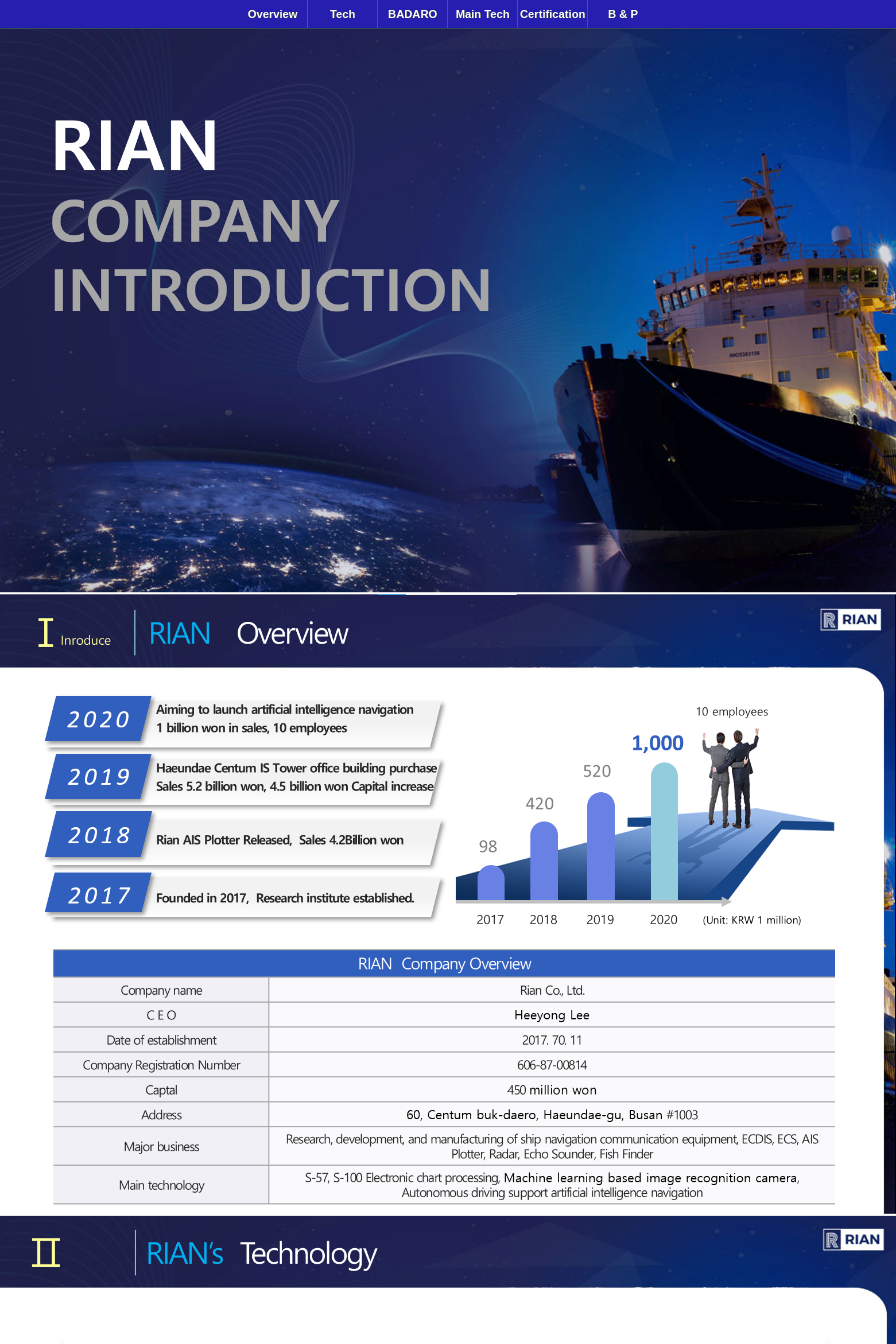
Repository: injeong-in/CompanyWeb
Page: http://localhost/RianWebSite/Rian.jsp
The author's editor kept a copy of each file at every save. The page is drawn from the files as they stood at one save, then again after the next save.
The browser window is 1280 px wide. The pictures show the part of the page from y = 0 to 1920 px (the page is 11520 px tall before and 11562 px after), at 70% of full size.
The page is served by Tomcat 9. Nobody is signed in. The application's start-up code is not run.

Above is the page before, as saved 2020-12-01 07:51:53.

### RianWebSite/WebContent/Rian.jsp
<%@ page language="java" contentType="text/html; charset=UTF-8"
    pageEncoding="UTF-8"%>
<!DOCTYPE html>
<html>

<head>
    <meta charset="UTF-8">
    <meta name="viewport" content="width=device-width, initial-scale=1.0">
    <title>Rian company</title>

    <!--스타일시트 등록-->
    <link rel="stylesheet" href="./css/style.css">

    <!--제이쿼리 등록-->
    <script src="../js/jquery-2.1.3.min.js">
    </script>
    <script src="../js/jquery.vide.min.js">
    </script>
    <script src="../js/jquery.scrollTo.min.js">
    </script>

    <!--제이쿼리 작성-->
    <script>

    $(document).ready(function(){
        $('nav a').click(function(e){
            $.scrollTo(this.hash||0, 280);
            e.preventDefault();
        });
        $('#btn_gotop').click(function(e){
            $.scrollTo(this.hash||0, 280);
            e.preventDefault();
        });
    });

    $(function () {
            var trigger = $('#trigger');
            var menu = $('nav ul');
            $(trigger).on('click', function(e) {
                e.preventDefault();
                menu.slideToggle();
            });
            $(window).resize(function () {
                var w = $(window).width();
                if(w>320 && menu.is(':hidden')) {
                    menu.removeAttr('style');
                }
            });
        });
    </script>
    <!--제이쿼리 작성 끝-->

</head>


<body>

	<div id="container">

	    <!-- 네비게이션 -->
	    <nav class="clearfix">
	        <ul class="clearfix">
	            <li onclick="location.href='../ViewPage/main.jsp'"><a href="">Overview</a></li>
	            <li onclick="location.href='../Movie/login.jsp'"><a href="">Tech</a></li>
	            <li onclick="location.href='../Movie/memberJoin.jsp'"><a href="">BADARO</a></li>
	            <li><a href="#1">Main Tech</a></li>
	            <li><a href="#2">Certification</a></li>
	            <li><a href="#3">B & P</a></li>
	        </ul>
	        <a href="" id="trigger"></a>
	    <!-- 네비게이션 끝 -->
	    </nav>

		<!--본문-->
	    <%for(int i=1; i<14; i++) { %>
	    <div id="container" class="page<%=i%>">
	    <img src="./images/<%=i%>.png" style="width: 100%;">
	    </div>
	    <% } %>
	    <!--본문 끝-->

    	<!--최상단 이동-->
	    <a href="#5" id="btn_gotop" class="btn_gotop">
	    	<img src="../images/topbutton.png" style="width:80px; display: block; margin: 240px; ">
		  	<span class="glyphicon glyphicon-chevron-up">
		  	</span>
		</a>
		<!--이동 끝-->
	</div>
</body>
</html>

### RianWebSite/WebContent/css/style.css
/* CSS리셋 */

html, body, div, span, applet, object, iframe,
h1, h2, h3, h4, h5, h6, p, blockquote, pre,
a, abbr, acronym, address, big, cite, code,
del, dfn, em, img, ins, kbd, q, s, samp,
small, strike, strong, sub, sup, tt, var,
b, u, i, center,
dl, dt, dd, ol, ul, li,
fieldset, form, label, legend,
table, caption, tbody, tfoot, thead, tr, th, td,
article, aside, canvas, details, embed,
figure, figcaption, footer, header, hgroup,
menu, nav, output, ruby, section, summary,
time, mark, audio, video {
  margin: 0;
  padding: 0;
  border: 0;
  font-size: 100%;
  font: inherit;
  vertical-align: baseline;
}
/* HTML5 display-role reset for older browsers */
article, aside, details, figcaption, figure,
footer, header, hgroup, menu, nav, section {
  display: block;
}
body {
  line-height: 1;
}
ol, ul {
  list-style: none;
}
blockquote, q {
  quotes: none;
}
blockquote:before, blockquote:after,
q:before, q:after {
  content: '';
  content: none;
}

table {
  border-collapse: collapse;
  border-spacing: 0;
}


.container div a {
    margin-left: 20px;
}

nav {
    height: 40px;
    width: 100%;
    background: rgb(37, 30, 174);
    font-size: 1em;
    font-family: Arial, sans-serif;
    font-weight: bold;
    position: fixed;
    border-bottom: 2px solid #34495e;
}

nav ul {
    padding: 0;
    margin:0 auto;
    width: 600px;
    height: 40px;
}

nav li {
    display: inline;
    float: left;

}

.clearfix:before,
.clearfix:after {
    content: " ";
    display: table;
}

.clearfix:after {
    clear: both;
}

.clearfix {
    zoom: 1;
}


nav a {
    color: #fff;
    display: inline-block;
    width: 100px;
    text-align: center;
    text-decoration: none;
    line-height: 40px;
    text-shadow: 1px 1px 0px #283744;

}

nav li a {
    border-right: 1px solid #576979;
    box-sizing: border-box;
    -moz-box-sizing: border-box;
    -webkit-box-sizing: border-box;
}

nav li:last-child a {
    border-right: 0;
}

nav a:hover, nav a:active {
    background-color: rgb(128, 128, 128);
}

nav a#trigger {
    display: none;
}

@media screen and (max-width:600px) {
    nav {
        height: auto;

    }

    nav ul {
        width: 100%;
        display: block;
        height: auto;

    }

    nav li {
        width: 50%;
        float: left;
        position: relative;
    }

    nav li a {
        border-bottom: 1px solid #576979;
        border-right: 1px solid #576979;
    }

    nav a {
        text-align: left;
        width: 100%;
        text-indent: 25px;
    }
}

@media screen and (max-width:320px) {
    nav {
        border-bottom: 0;
    }

    nav ul {
        display: none;
        height: auto;
    }

    nav li {
        display: block;
        float: none;
        width: 100%;
    }

    nav li a {
        border-bottom: 1px solid #576979;
    }


    nav a#trigger {
        display: block;
        background-color: #283744;
        width: 100%;
        position: relative;
    }

    nav a#trigger:after {
        content:"";
        background: url('nav.png') no-repeat;
        width: 30px;
        height: 30px;
        display: inline-block;
        position: absolute;
        right: 15px;
        top: 10px;
    }


}
    section {
        position:relative;
        width:100%;
        margin: 0 auto;
        padding: 20px;
        height: 400px;
    }


    .btn_gotop {
	  position: fixed;
	  right: 2%;
	  bottom: 2%;
	  width: 10%;
	  height: 10%;
	  line-height: 40px;
	  display: block;
	}

	.page1 {
		height: 100%;
		background-repeat: no-repeat;
	}
	/* .page3 {
		background-color: fuchsia;
	}
	.page4 {
		background-image: url("./images/footer.png");
		height: 40px;
	}
	.page5 {
		background-image: url("./images/footer2.png");
		background-color: white;
		height: 100px;
	} */

Loaded but not shown: RianWebSite/WebContent/js/jquery-2.1.3.min.js (library); RianWebSite/WebContent/js/jquery.vide.min.js (library); RianWebSite/WebContent/js/jquery.scrollTo.min.js (common file)

After the next save:
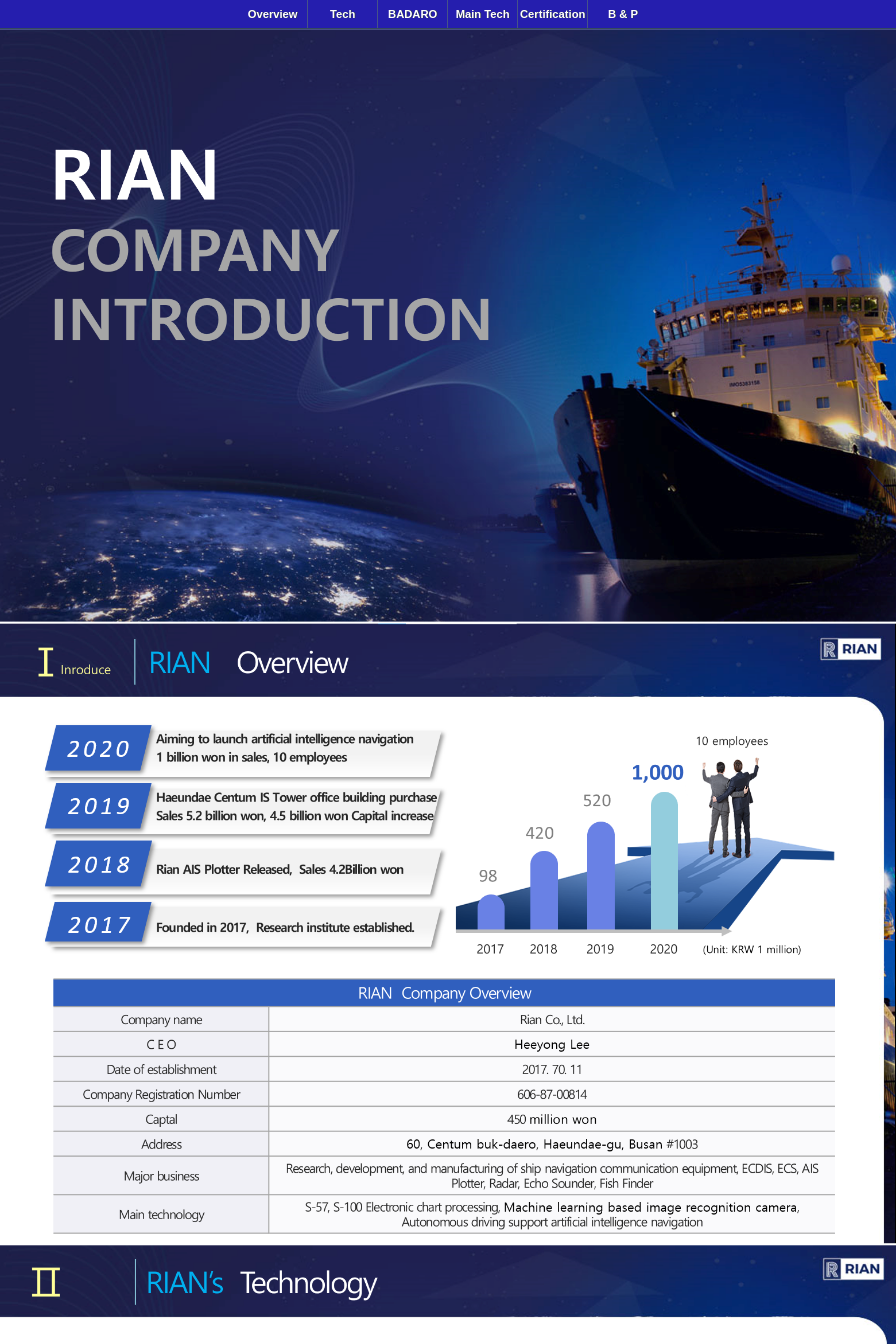
Saved 31 s later.
--- a/RianWebSite/WebContent/css/style.css
+++ b/RianWebSite/WebContent/css/style.css
@@ -57,7 +57,7 @@ nav {
     font-size: 1em;
     font-family: Arial, sans-serif;
     font-weight: bold;
-    position: fixed;
+    position: relative;
     border-bottom: 2px solid #34495e;
 }
 
